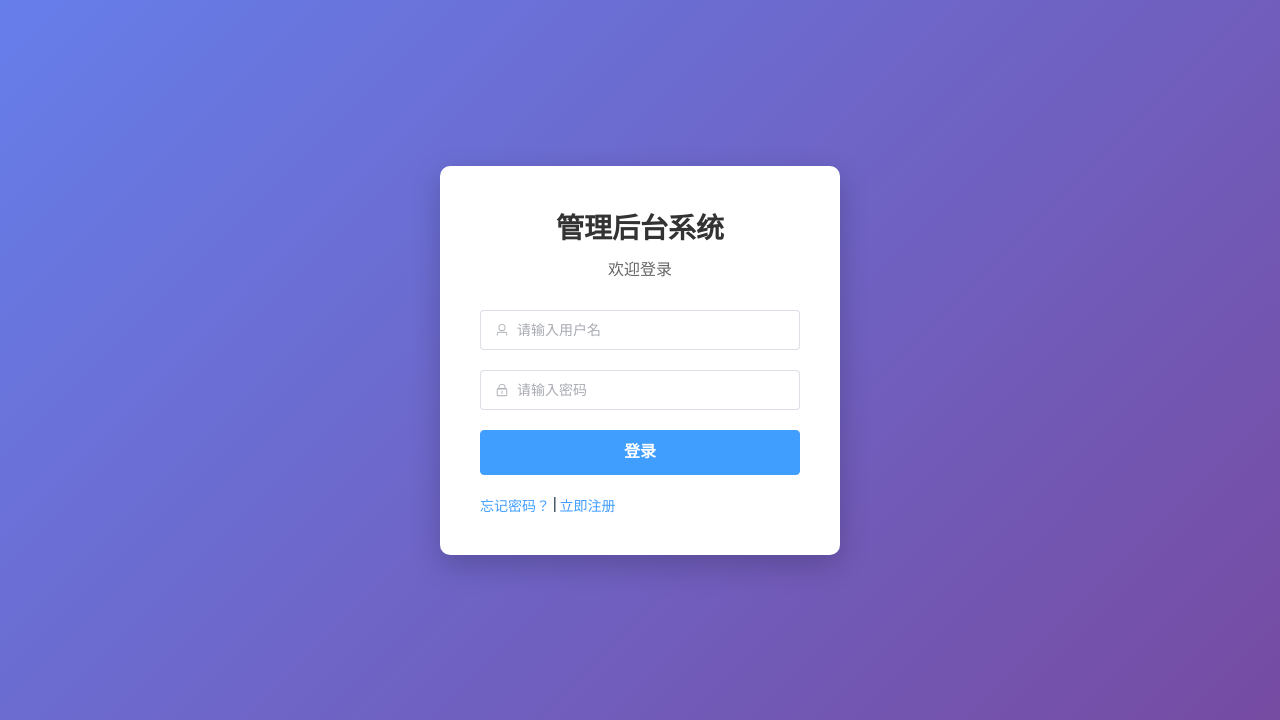
Repository: HaoFan-Fy/vue-PracticalTraining2025.6
Page: /
These files come from the project's save history. The page is drawn as it stood at one moment and after the next save; the edit follows.
The browser window is 1280 px wide. The pictures show the whole page.
The project was rebuilt for these pictures with package versions that can differ from the ones it lists, and the page was loaded fresh each time. Also part of the build but not shown: vite.config.js, src/components/Aside.vue, src/components/Header.vue, src/components/Layout.vue, src/components/MenuTree.vue, src/views/Home.vue, src/views/Register.vue.

Above is the page before, as saved 2025-06-10 16:05:02.

After the next save:
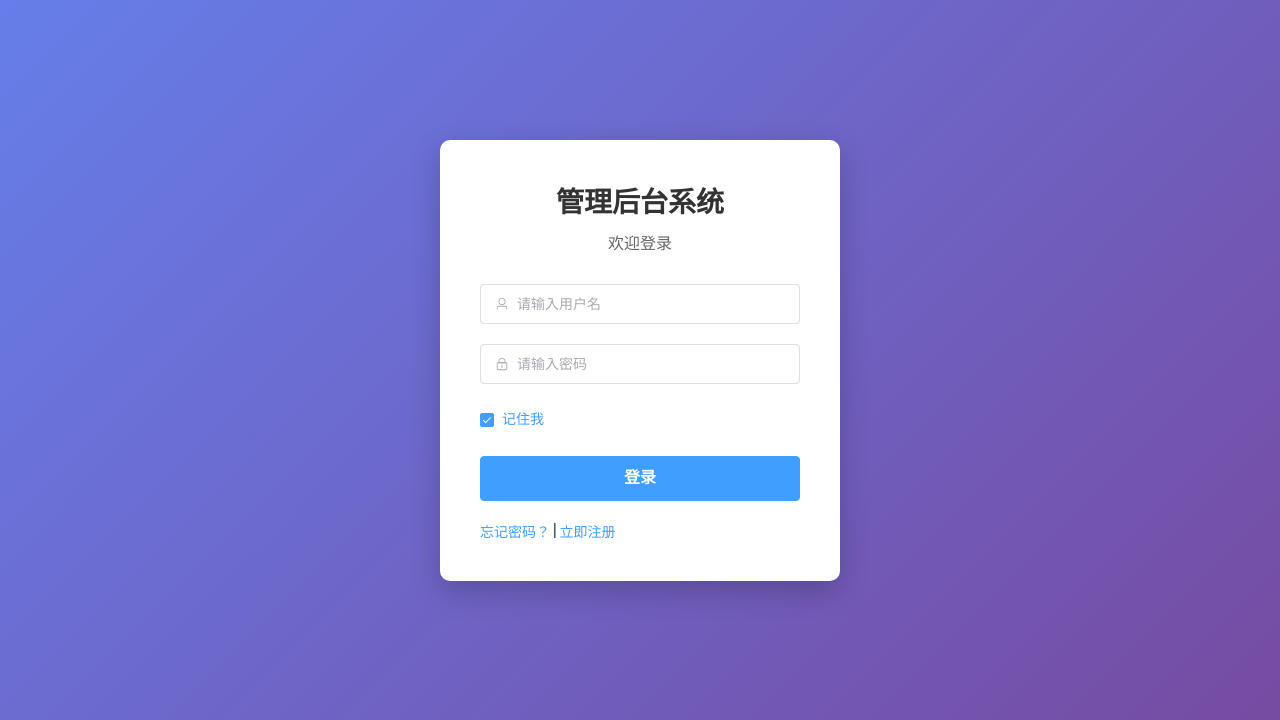
Saved 2 min 35 s later.
--- a/src/views/Login.vue
+++ b/src/views/Login.vue
@@ -34,6 +34,9 @@
         </el-form-item>
 
         <el-form-item>
+          <el-checkbox v-model="loginData.rememberMe">记住我</el-checkbox>
+        </el-form-item>
+        <el-form-item>
           <el-button
             type="primary"
             size="large"
@@ -72,7 +75,8 @@ export default {
       loading: false,
       loginData: {
         username: '',
-        password: ''
+        password: '',
+        rememberMe: true // 记住我，默认勾选
       },
       loginRules: {
         username: [
@@ -110,8 +114,13 @@ export default {
             employeename: response.data.data.nick_name || this.loginData.username,
             token: response.data.data.token
           }
-          localStorage.setItem('employee', JSON.stringify(userInfo))
-          localStorage.setItem('token', response.data.data.token)
+          if (this.loginData.rememberMe) {
+            localStorage.setItem('employee', JSON.stringify(userInfo))
+            localStorage.setItem('token', response.data.data.token)
+          } else {
+            sessionStorage.setItem('employee', JSON.stringify(userInfo))
+            sessionStorage.setItem('token', response.data.data.token)
+          }
 
           ElMessage.success('登录成功')
 
@@ -130,8 +139,13 @@ export default {
             employeename: '管理员',
             token: 'mock-jwt-token-admin'
           }
-          localStorage.setItem('employee', JSON.stringify(userInfo))
-          localStorage.setItem('token', 'mock-jwt-token-admin')
+          if (this.loginData.rememberMe) {
+            localStorage.setItem('employee', JSON.stringify(userInfo))
+            localStorage.setItem('token', 'mock-jwt-token-admin')
+          } else {
+            sessionStorage.setItem('employee', JSON.stringify(userInfo))
+            sessionStorage.setItem('token', 'mock-jwt-token-admin')
+          }
 
           ElMessage.success('登录成功')
           this.$router.push('/home')
@@ -141,8 +155,13 @@ export default {
             employeename: '普通用户',
             token: 'mock-jwt-token-user'
           }
-          localStorage.setItem('employee', JSON.stringify(userInfo))
-          localStorage.setItem('token', 'mock-jwt-token-user')
+          if (this.loginData.rememberMe) {
+            localStorage.setItem('employee', JSON.stringify(userInfo))
+            localStorage.setItem('token', 'mock-jwt-token-user')
+          } else {
+            sessionStorage.setItem('employee', JSON.stringify(userInfo))
+            sessionStorage.setItem('token', 'mock-jwt-token-user')
+          }
 
           ElMessage.success('登录成功')
           this.$router.push('/home')
